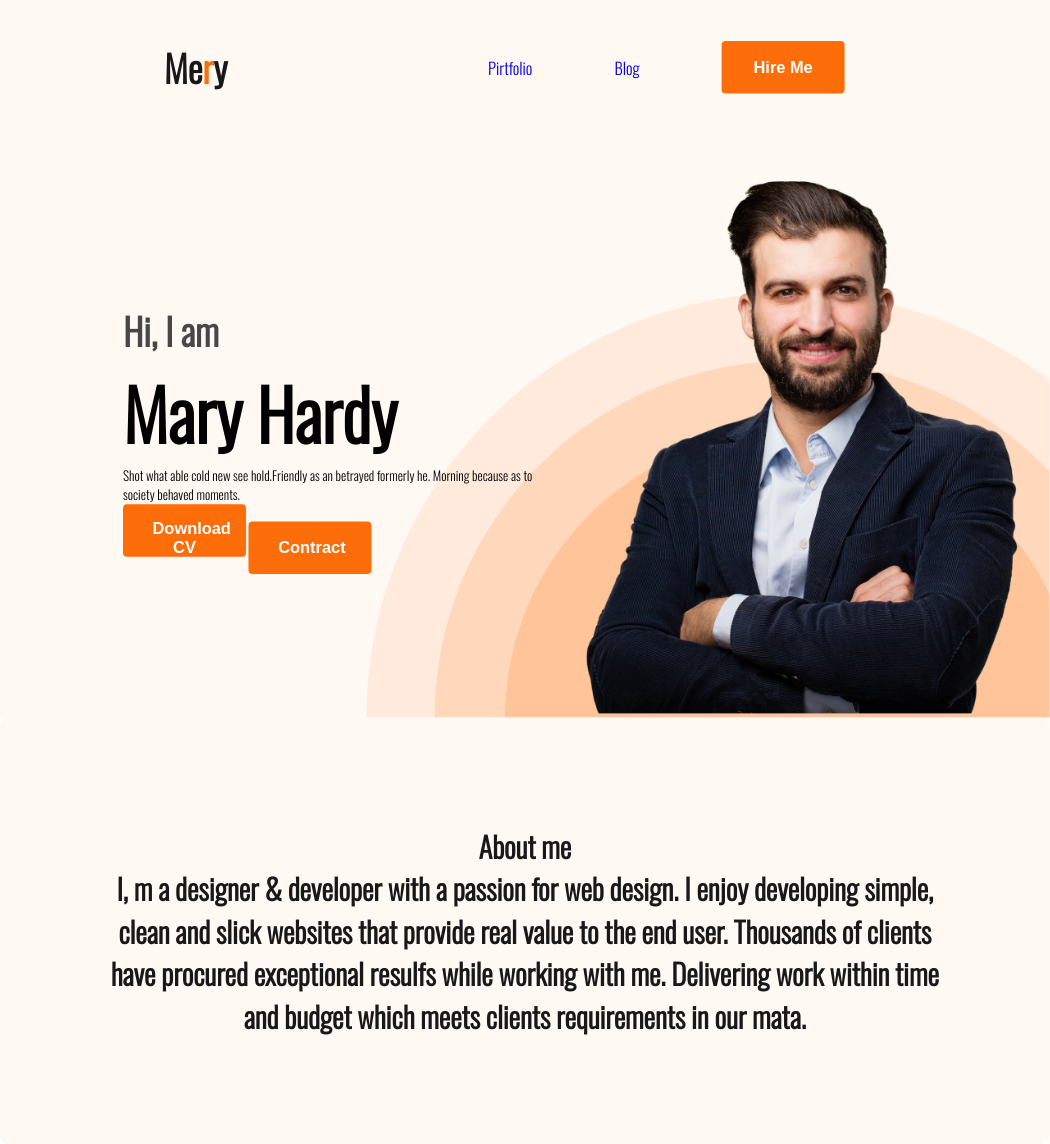
Repository: sumonkumarsarkar/my-website-personal
Page: index.html
These files come from the project's save history. The page is drawn as it stood at one moment and after the next save; the edit follows.
The browser window is 1280 px wide. The pictures show the whole page, at 82% of full size.

Above is the page before, as saved 2024-01-06 11:01:36.

### index.html
<!DOCTYPE html>
<html lang="en">
<head>
    <meta charset="UTF-8">
    <meta name="viewport" content="width=device-width, initial-scale=1.0">
    <title>My Personal Website</title>
    <link rel="preconnect" href="https://fonts.googleapis.com">
    <link rel="preconnect" href="https://fonts.gstatic.com" crossorigin>
    <link href="https://fonts.googleapis.com/css2?family=Open+Sans:wght@700;800&family=Oswald:wght@300&display=swap" rel="stylesheet">
    <link rel="stylesheet" href="./style.css">
</head>
<body>
    <header class="header">
        <nav>
            <h3 class="nav-title">Me<span class="text-primary">r</span>y</h3>
            <ul>
                <li ><a href="#">Pirtfolio</a></li>
                <li ><a href="#">Blog</a></li>
                <li ><button type="button" class="btn-button">Hire Me</button></li>
            </ul>
        </nav>

        <div class="banner">
            <div class="banner-part">
                <h3 class="banner-greeting">Hi, I  am</h3>
                <h1 class="banner-title">Mary Hardy</h1>
                <p>Shot what able cold new see hold.Friendly as an betrayed formerly he. Morning because as to society behaved moments.</p>
                <button type="button" class="btn-button">Download CV</button>
                <button class="btn-button" type="button">Contract</button>
            </div>
            <div>
        <img class="profile-picture" src="./images/hardy.png" alt="">
            </div>

        </div>
    </header>


    <!-- main section  -->

<main>
<section class="about">
     <h3 class="section-title">About me</h3>
     <p class="section-description">
        I, m a designer & developer with a passion for web design. I enjoy developing simple, clean and slick websites that provide real value to the end user. Thousands of clients have procured exceptional resulfs while working with me. Delivering work within time and budget which meets clients requirements in our mata.
     </p>
</section>
</main>

</body>
</html>

### style.css
* {
  margin: 0;
  padding: 0;
}
body {
  font-family: "Open Sans", sans-serif;
  font-family: "Oswald", sans-serif;
}
nav {
  display: flex;
  align-items: center;
  justify-content: space-between;
  margin: 0 200px;
}

.nav-title {
  font-size: 45px;
  color: #181818;
  line-height: normal;
  font-weight: 800;
}
.text-primary {
  color: #fd6e0a;
}
nav ul {
  display: flex;
  align-items: center;
}
nav a {
  text-decoration: none;
}
nav li {
  list-style: none;
  margin: 50px;
  font-size: 20px;
  color: #474747;
  text-align: center;
}

.section-title {
    color:#181818;
    text-align: center;
    font-size: 35px;
    font-weight: 700;
}
.section-description {
    color:#181818;
    text-align: center;
    font-size: 35px;
    font-weight: 700;
}

.btn-button {
  height: 64px;
  width: 150px;
  color: #ffff;
  background: #fd6e0a;
  border-radius: 5px;
  font-size: 20px;
  border: 0;
  font-weight: 700;
  padding: 18px 36px;
}

.header {
  background: #fff8f3;
  background-image: url(./images/header_bg.png);
  background-repeat: no-repeat;
  background-position: bottom right;
}
.banner {
  padding: 30px 30px 0 150px;
  display: flex;
  align-items: center;
  justify-content: space-between;
}
.banner-part {
  max-width: 500px;
}
.banner .profile-picture {
  height: 676px;
  width: 584px;
}
.banner-greeting {
  font-size: 45px;
  color: #474747;
  margin-bottom: 5px;
}
.banner-title {
  font-size: 85px;
  font-weight: 700;
  margin-top: 5px;
}

/* main section   */
/* about section  */
.about {
  padding: 130px;
  border-radius: 10px;
  background: #fff8f3;
}

After the next save:
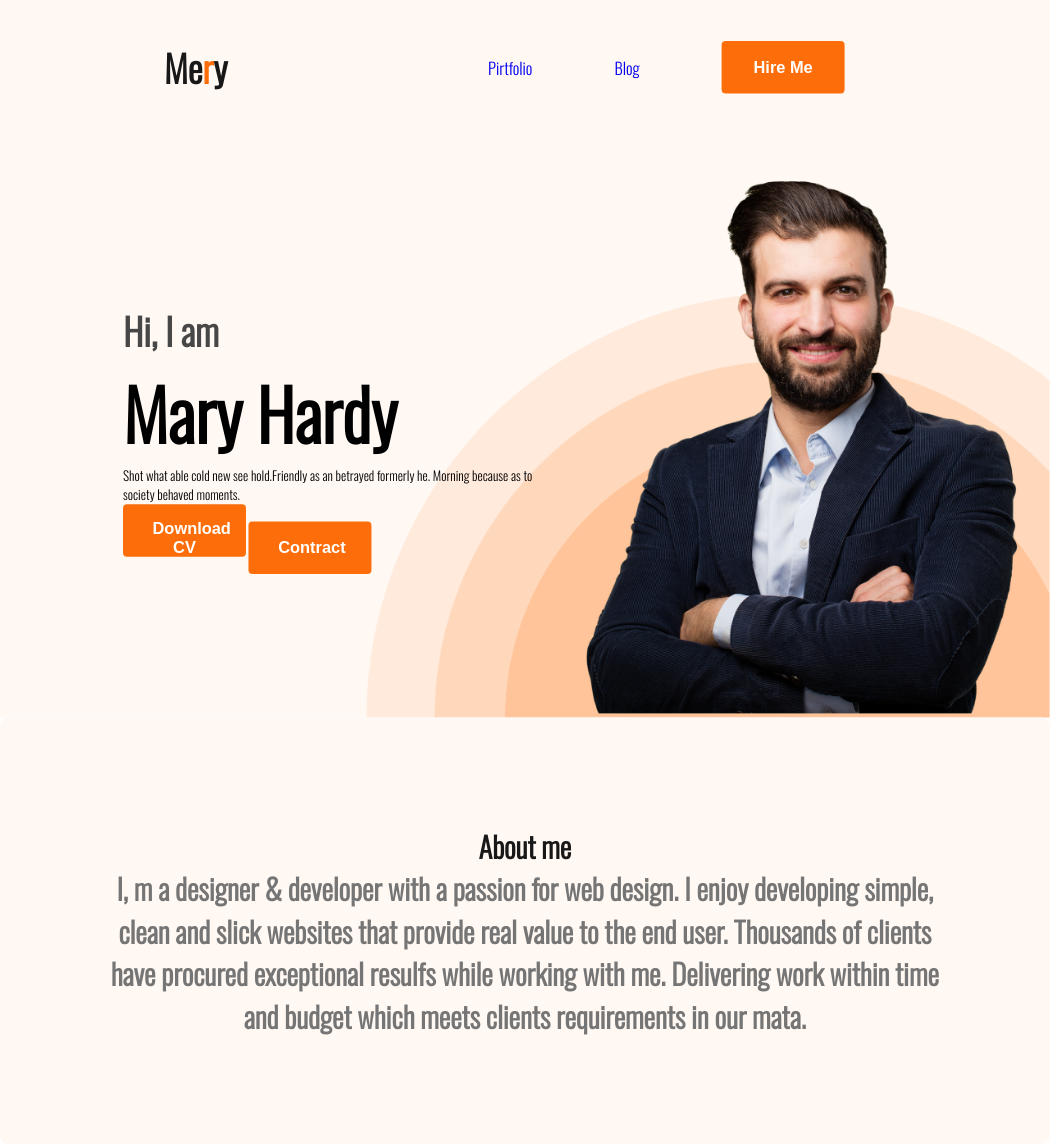
Saved 40 s later.
--- a/style.css
+++ b/style.css
@@ -44,7 +44,7 @@ nav li {
     font-weight: 700;
 }
 .section-description {
-    color:#181818;
+    color:#757575;
     text-align: center;
     font-size: 35px;
     font-weight: 700;
